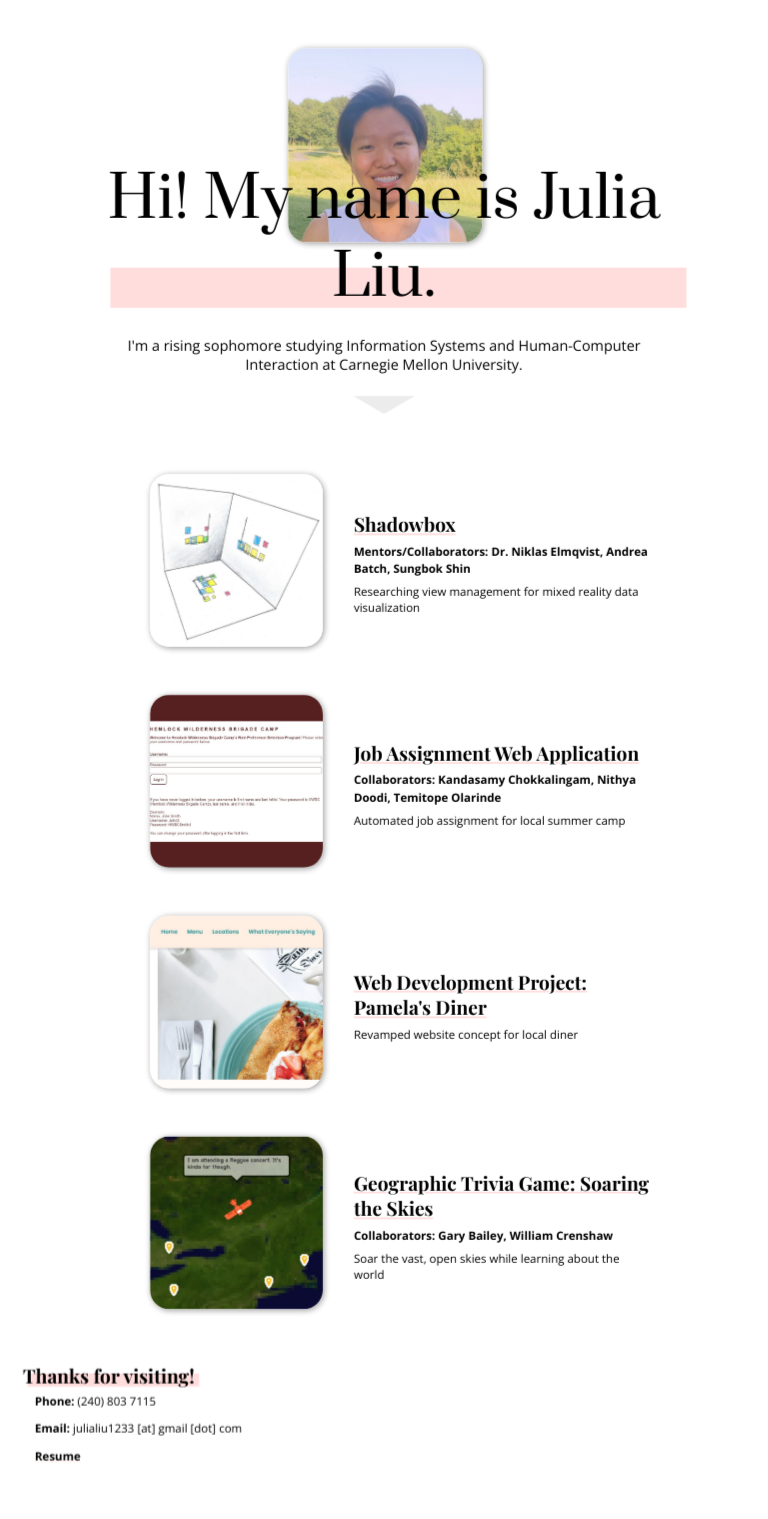
Repository: liu-julia/liu-julia.github.io
Page: index.html
An editor plug-in stored every save of this project. The page is shown before and after a run of saves, followed by the edit.
The browser window is 1280 px wide. The pictures show the whole page, at 60% of full size.

Above is the page before, as saved 2022-05-20 10:59:36.

After the next 2 saves:
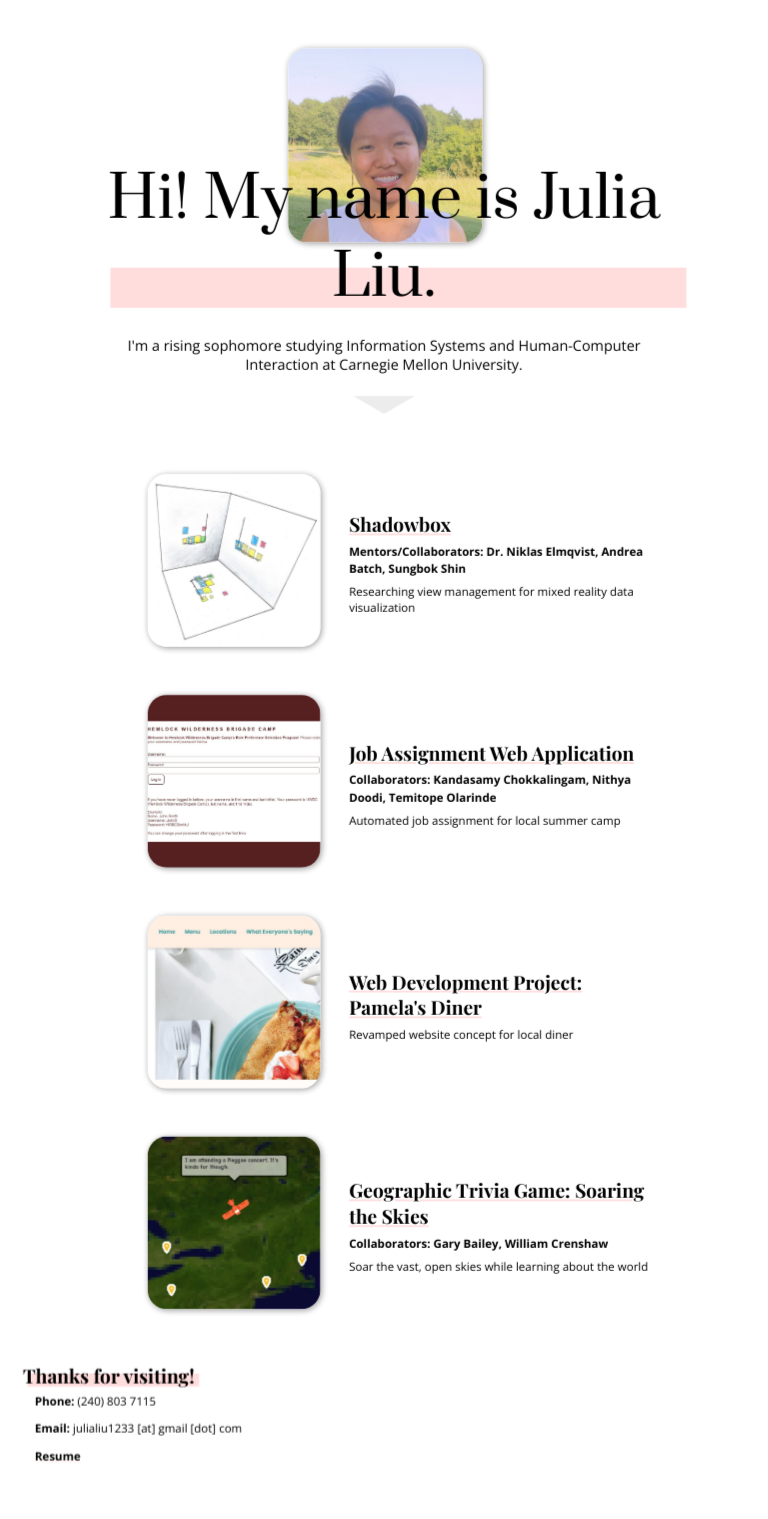
The 2 saves are shown as one change because they came seconds apart.
The last was saved 5 s later.
--- a/css/styles.css
+++ b/css/styles.css
@@ -217,7 +217,7 @@ body {
     max-height: 100%;
     box-shadow: 2px 2px 10px #00000066;
     border-radius: 2rem;
-    margin: 3.25em;
+    margin: 3em;
 }
 
 a img {
